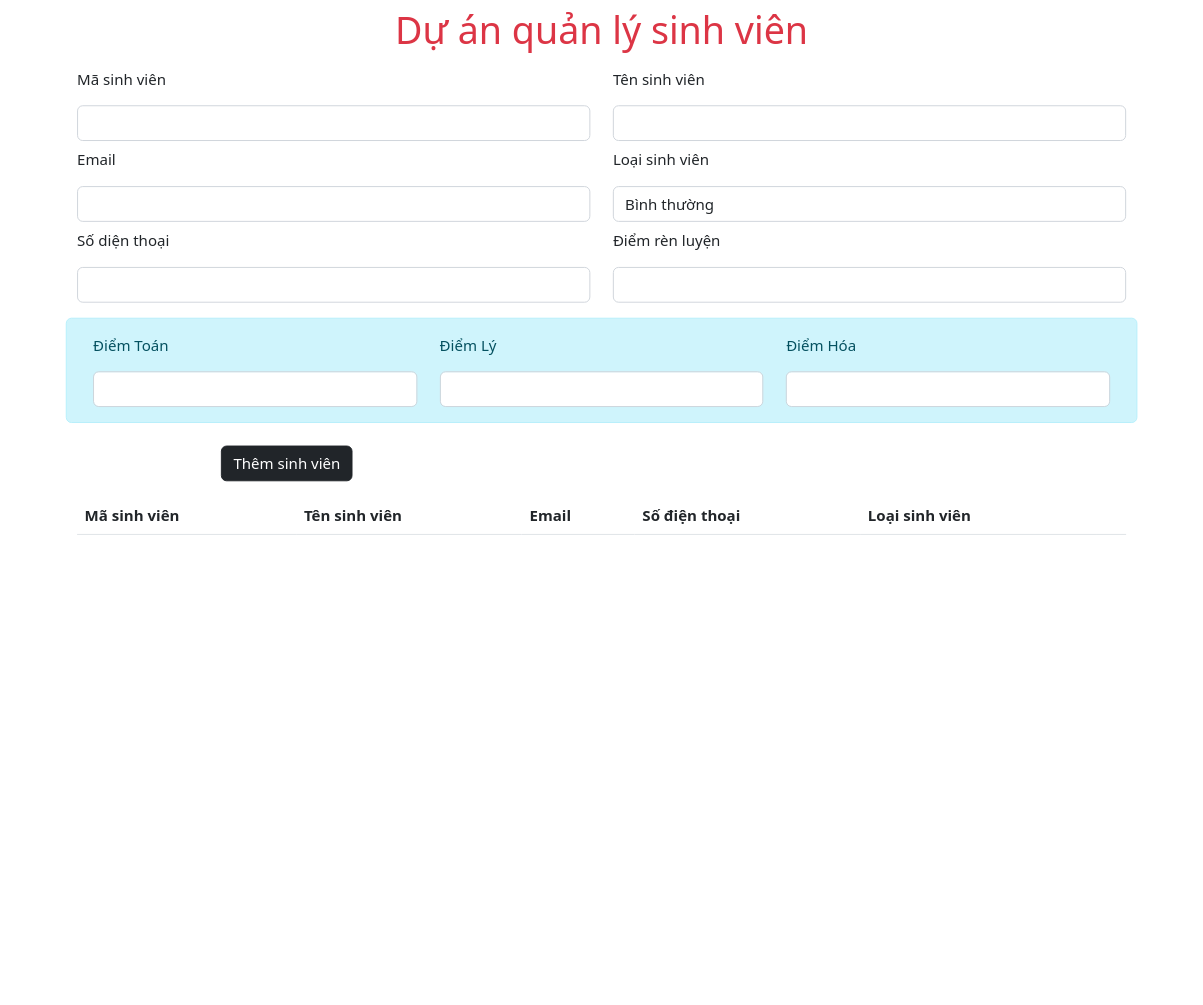
Repository: hcozyph/Cybersoft_JS_OOP
Page: index.html
These files come from the project's save history. The page is drawn as it stood at one moment and after the next save; the edit follows.
The browser window is 1280 px wide. The pictures show the whole page, at 94% of full size.

Above is the page before, as saved 2023-02-26 09:33:26.

### index.html
<!DOCTYPE html>
<html lang="en">
    <head>
        <title>Quản lý sinh viên</title>
        <!-- Required meta tags -->
        <meta charset="utf-8" />
        <meta
            name="viewport"
            content="width=device-width, initial-scale=1, shrink-to-fit=no"
        />

        <!-- Bootstrap CSS v5.2.1 -->
        <link
            href="https://cdn.jsdelivr.net/npm/bootstrap@5.2.1/dist/css/bootstrap.min.css"
            rel="stylesheet"
            integrity="sha384-iYQeCzEYFbKjA/T2uDLTpkwGzCiq6soy8tYaI1GyVh/UjpbCx/TYkiZhlZB6+fzT"
            crossorigin="anonymous"
        />

        <!-- index.css -->
        <link rel="stylesheet" href="./assets/styles/index.css" />
    </head>

    <body>
        <div class="container" style="margin-bottom: 500px">
            <div class="title">
                <h3 class="text-center fs-1 text-danger my-2">
                    Dự án quản lý sinh viên
                </h3>
            </div>

            <div class="content">
                <div class="row">
                    <div class="col-md-6 col-lg-6">
                        <div class="form-group my-2">
                            <p>Mã sinh viên</p>
                            <input class="form-control" id="maSinhVien"></input>
                        </div>

                        <div class="form-group my-2">
                            <p>Email</p>
                            <input class="form-control" id="email"></input>
                        </div>

                        <div class="form-group my-2">
                            <p>Số diện thoại</p>
                            <input class="form-control" id="soDienThoai"></input>
                        </div>
                    </div>

                    <div class="col-md-6 col-lg-6">
                        <div class="form-group my-2">
                            <p>Tên sinh viên</p>
                            <input class="form-control" id="tenSinhVien"></input>
                        </div>

                        <div class="form-group my-2">
                            <p>Loại sinh viên</p>
                            <select class="form-control" id="loaiSinhVien">
                                <option value="">Bình thường</option>
                                <option value="">Khó khăn</option>
                            </select>
                        </div>

                        <div class="form-group my-2">
                            <p>Điểm rèn luyện</p>
                            <input type="number" class="form-control" id="diemRenLuyen">
                        </div>
                    </div>
                </div>

                <div class="alert alert-info row mt-2">
                    <div class="col-md-4">
                        <p>Điểm Toán</p>
                        <input type="number" id="diemToan" class="form-control" >
                    </div>
                    <div class="col-md-4">
                        <p>Điểm Lý</p>
                        <input type="number" id="diemLy" class="form-control" >
                    </div>
                    <div class="col-md-4">
                        <p>Điểm Hóa</p>
                        <input type="number" id="diemHoa" class="form-control" >
                    </div>
                </div>

                <div class="my-2 text-center" style="width: 40%;">
                    <button class="btn btn-dark my-2" id="btnThemSinhVien">Thêm sinh viên</button>
                </div>

                <table class="table mt-2">
                    <thead>
                        <tr>
                            <th>Mã sinh viên</th>
                            <th>Tên sinh viên</th>
                            <th>Email</th>
                            <th>Số điện thoại</th>
                            <th>Loại sinh viên</th>
                            <th></th>
                        </tr>
                    </thead>

                    <tbody id="tblSinhVien"></tbody>
                </table>

            </div>
        </div>

        <!-- Bootstrap JavaScript Libraries -->
        <script
            src="https://cdn.jsdelivr.net/npm/@popperjs/core@2.11.6/dist/umd/popper.min.js"
            integrity="sha384-oBqDVmMz9ATKxIep9tiCxS/Z9fNfEXiDAYTujMAeBAsjFuCZSmKbSSUnQlmh/jp3"
            crossorigin="anonymous"
        ></script>

        <script
            src="https://cdn.jsdelivr.net/npm/bootstrap@5.2.1/dist/js/bootstrap.min.js"
            integrity="sha384-7VPbUDkoPSGFnVtYi0QogXtr74QeVeeIs99Qfg5YCF+TidwNdjvaKZX19NZ/e6oz"
            crossorigin="anonymous"
        ></script>

        <!-- index.js -->
        <script src="./controllers/js/index.js"></script>
    </body>
</html>

### controllers/js/index.js
////----MÔ HÌNH MVC
/*
    M [model]       -- nơi chứa các file js là prototype (class)
    V [view]        -- nơi chứa các file giao diện (.html)
    C [controller]  -- các file điều hướng giao diện (index.html => index.js, qlsp.html => qlsp.js)

    ---------------------------------------------------

    util    -- chứa các file dùng chung cho dự án (ví dụ: các method sử dụng ở các dự án trước, hoặc libs [thư viện js] )
    assets  -- là folder chứa tài nguyên của hệ thống (img, audio, viddeo, css, font,...)

    */

Loaded but not shown: assets/styles/index.css (no stored copy; drawn as an empty file)

After the next save:
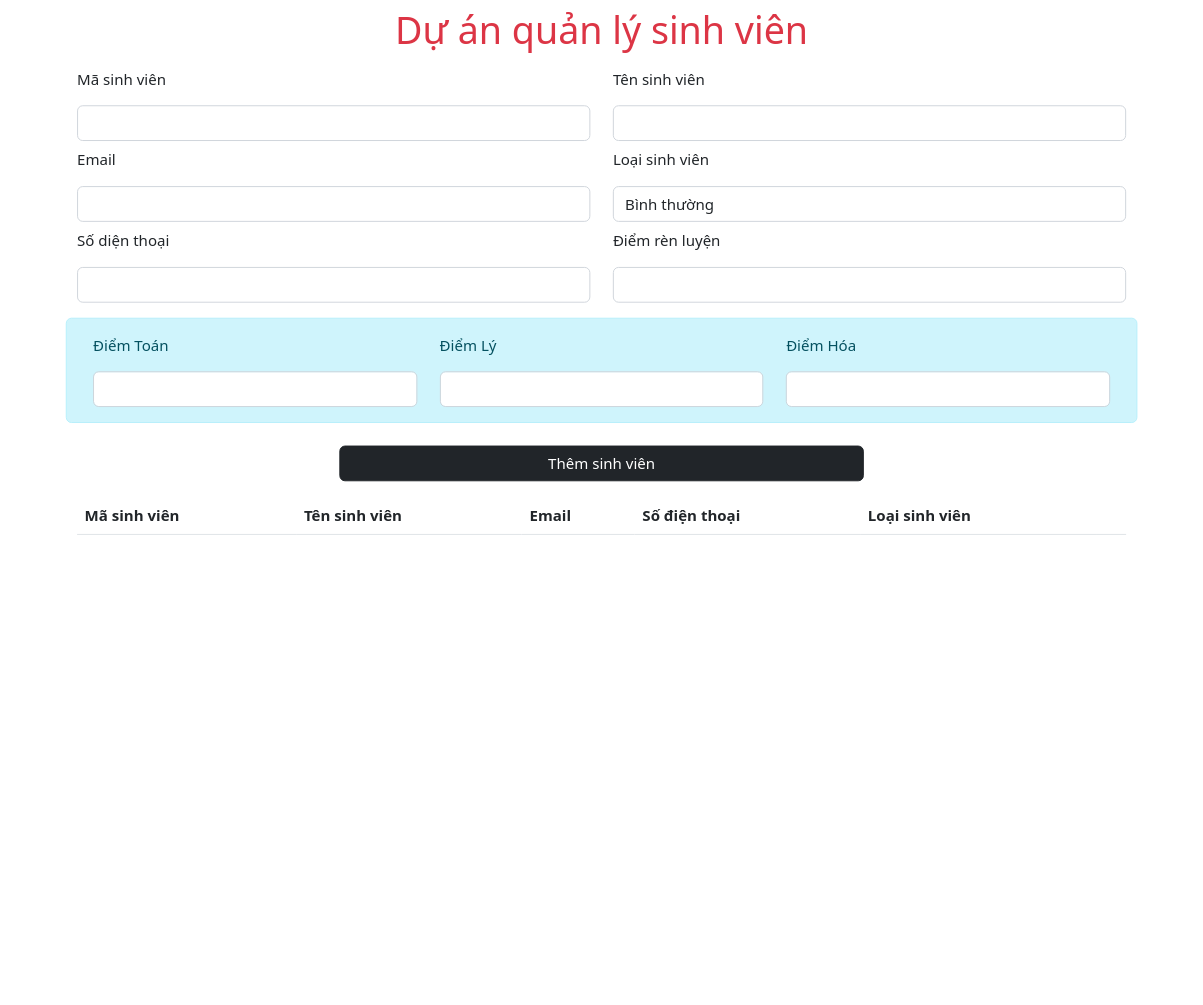
Saved 23 s later.
--- a/index.html
+++ b/index.html
@@ -84,8 +84,8 @@
                     </div>
                 </div>
 
-                <div class="my-2 text-center" style="width: 40%;">
-                    <button class="btn btn-dark my-2" id="btnThemSinhVien">Thêm sinh viên</button>
+                <div class="my-2 text-center">
+                    <button class="btn btn-dark my-2 w-50" id="btnThemSinhVien">Thêm sinh viên</button>
                 </div>
 
                 <table class="table mt-2">
